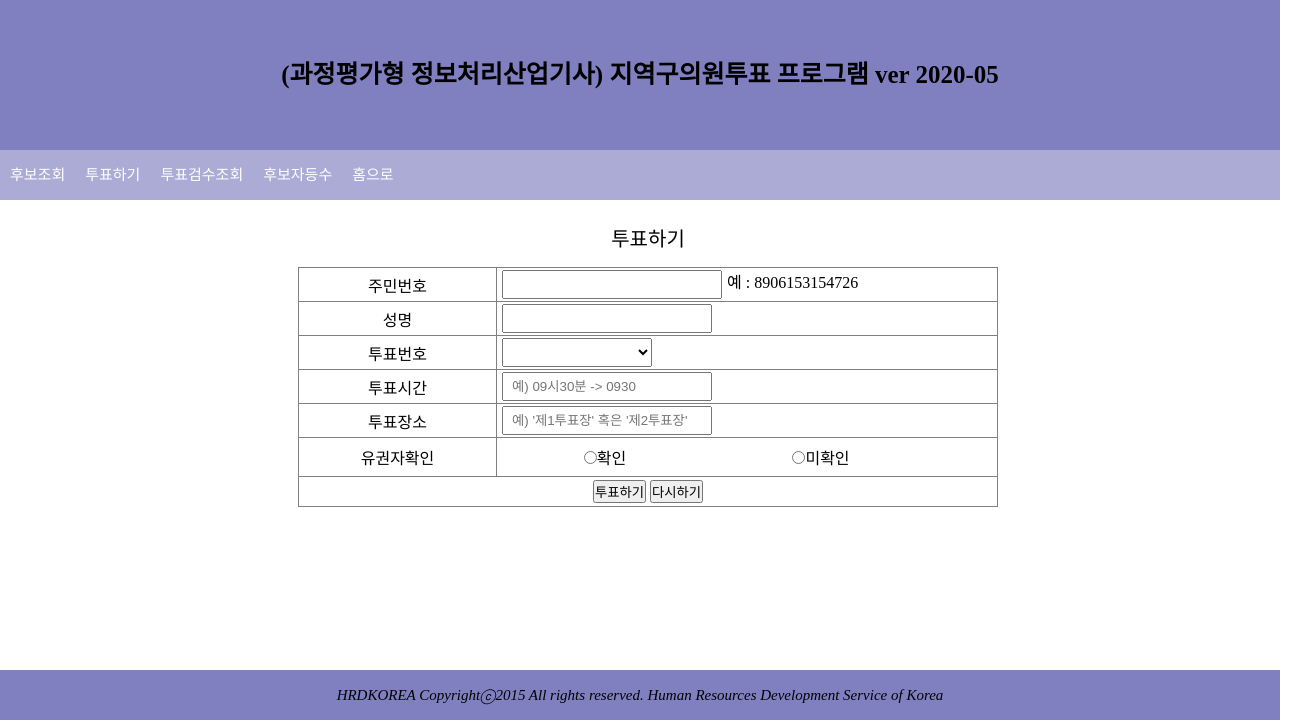
Repository: eunbiro/HRD_1236
Page: http://localhost/HRD_1235/add.jsp
The author's editor kept a copy of each file at every save. The page is drawn from the files as they stood at one save, then again after the next save.
The browser window is 1280 px wide. The page is 1296 px wide, so the pictures cover 1296 px, including what lies to the right of the window. The pictures show the whole page.
The page is served by Tomcat 9. Other server files are loaded and not shown.

Above is the page before, as saved 2022-12-22 05:23:16.

### HRD_1235/src/main/webapp/add.jsp
<%@ page language="java" contentType="text/html; charset=UTF-8"
    pageEncoding="UTF-8"%>
<!DOCTYPE html>
<html>
<head>
<meta charset="UTF-8">
<title>투표하기</title>
<link rel="stylesheet" href="style.css">
<script type="text/javascript" src="script.js"></script>
</head>
<body>
	<%@ include file="header.jsp" %>
	<section>
		<div class="title">투표하기</div>
		<form name="frm" action="insert">
			<div class="wrapper">
				<table>
					<tr>
						<td>주민번호</td>
						<td class="inp">
							<input type="text" name="jumin" />
							<a>예 : 8906153154726</a>
						</td>
					</tr>
					<tr>
						<td>성명</td>
						<td class="inp"><input type="text" name="name" /></td>
					</tr>
					<tr>
						<td>투표번호</td>
						<td class="inp">
							<select name="number">
								<option></option>
								<option value="1">[1] 김후보</option>
								<option value="2">[2] 이후보</option>
								<option value="3">[3] 박후보</option>
								<option value="4">[4] 조후보</option>
								<option value="5">[5] 최후보</option>
							</select>
						</td>
					</tr>
					<tr>
						<td>투표시간</td>
						<td class="inp"><input type="text" name="time" placeholder="예) 09시30분 -> 0930" /></td>
					</tr>
					<tr>
						<td>투표장소</td>
						<td class="inp"><input type="text" name="place"placeholder="예) '제1투표장' 혹은 '제2투표장'" /></td>
					</tr>
					<tr>
						<td>유권자확인</td>
						<td>
							<label><input type="radio" name="check" value="Y"/>확인</label>
							<label><input type="radio" name="check" value="N" />미확인</label>
						</td>
					</tr>
					<tr>
						<td colspan="2">
							<button class="btn" type="submit" onclick="fn_submit(); return false;">투표하기</button>
							<button class="btn" type="button" onclick="location='add'">다시하기</button>
						</td>
					</tr>

				</table>
			</div>
		</form>
	</section>
	<%@ include file="footer.jsp" %>
</body>
</html>

### HRD_1235/src/main/webapp/header.jsp
<%@ page language="java" contentType="text/html; charset=UTF-8"
    pageEncoding="UTF-8"%>
<!DOCTYPE html>
<html>
<head>
<meta charset="UTF-8">
<title>Insert title here</title>
</head>
<body>
	<header>(과정평가형 정보처리산업기사) 지역구의원투표 프로그램 ver 2020-05</header>
	<nav>
		<ul class="menu">
			<li><a href="list">후보조회</a></li>
			<li><a href="add">투표하기</a></li>
			<li><a href="result">투표검수조회</a></li>
			<li><a href="rank">후보자등수</a></li>
			<li><a href="home">홈으로</a></li>
		</ul>
	</nav>
</body>
</html>

### HRD_1235/src/main/webapp/footer.jsp
<%@ page language="java" contentType="text/html; charset=UTF-8"
    pageEncoding="UTF-8"%>
<!DOCTYPE html>
<html>
<head>
<meta charset="UTF-8">
<title>Insert title here</title>
</head>
<body>
	<footer>HRDKOREA Copyrightⓒ2015 All rights reserved. Human Resources Development Service of Korea</footer>
</body>
</html>

### HRD_1235/src/main/webapp/style.css
@charset "UTF-8";

* {
	margin: 0;
	padding: 0;
}

a {
	text-decoration: none;
	color: #fff;
}

header {
	width: 100%;
	height: 150px;
	line-height: 150px;
	background: #8080c0;
	font-size: 25px;
	text-align: center;
	font-weight: 900;
}

.menu {
	display: flex;
	list-style: none;
	width: 100%;
	background: #ababd6;
}

.menu li {
	margin: 5px;
	padding: 5px;
	height: 30px;
	line-height: 30px;
	font-size: 15px;
}

section {
	width: 100%;
	height: 100%;
	padding: 8px;
}

.title {
	width: 100%;
	margin: 15px 0;
	font-size: 20px;
	text-align: center;
	font-weight: 500;
}

.wrapper {
	display: flex;
	justify-content: center;
	align-items: center;
	text-align: center;
}

table {
	width: 700px;
}

table, tr, td, th {
	border: 1px solid gray;
	border-collapse: collapse;
}

table tr {
	height: 30px;
}

td > input, td select, td label {
	float: left;
	padding: 5px 8px;
	margin: 2px 5px;
	width: 190px;
}

.inp {
	width: 500px;
}

td select {
	width: 150px;
}

td input[name=jumin] {
	width: 200px;
}

td a {
	float: left;
	color: #000000;
	height: 30px;
	line-height: 30px;
}



footer {
	position: fixed;
	width: 100%;
	height: 50px;
	line-height: 50px;
	bottom: 0;
	background: #8080c0;
	font-size: 15px;
	font-style: italic;
	text-align: center;
}

### HRD_1235/src/main/webapp/script.js
function fn_submit() {
	var fn = document.frm;

	if (fn.jumin.value == "") {
		alert("주민번호가 입력되지 않았습니다!");
		fn.jumin.focus();
		return false;
	}

	if (fn.name.value == "") {
		alert("성명이 입력되지 않았습니다!");
		fn.name.focus();
		return false;
	}

	if (fn.number.value == "") {
		alert("후보번호가 선택되지 않았습니다!");
		fn.number.focus();
		return false;
	}

	if (fn.time.value == "") {
		alert("투표시간이 입력되지 않았습니다!");
		fn.time.focus();
		return false;
	}

	if (fn.place.value == "") {
		alert("투표장소가 입력되지 않았습니다!");
		fn.place.focus();
		return false;
	}

	if (fn.check.value == "") {
		alert("유권자확인이 선택되지 않았습니다!");
		fn.jumin.focus();
		return false;
	}

	fn.submit();
}

After the next save:
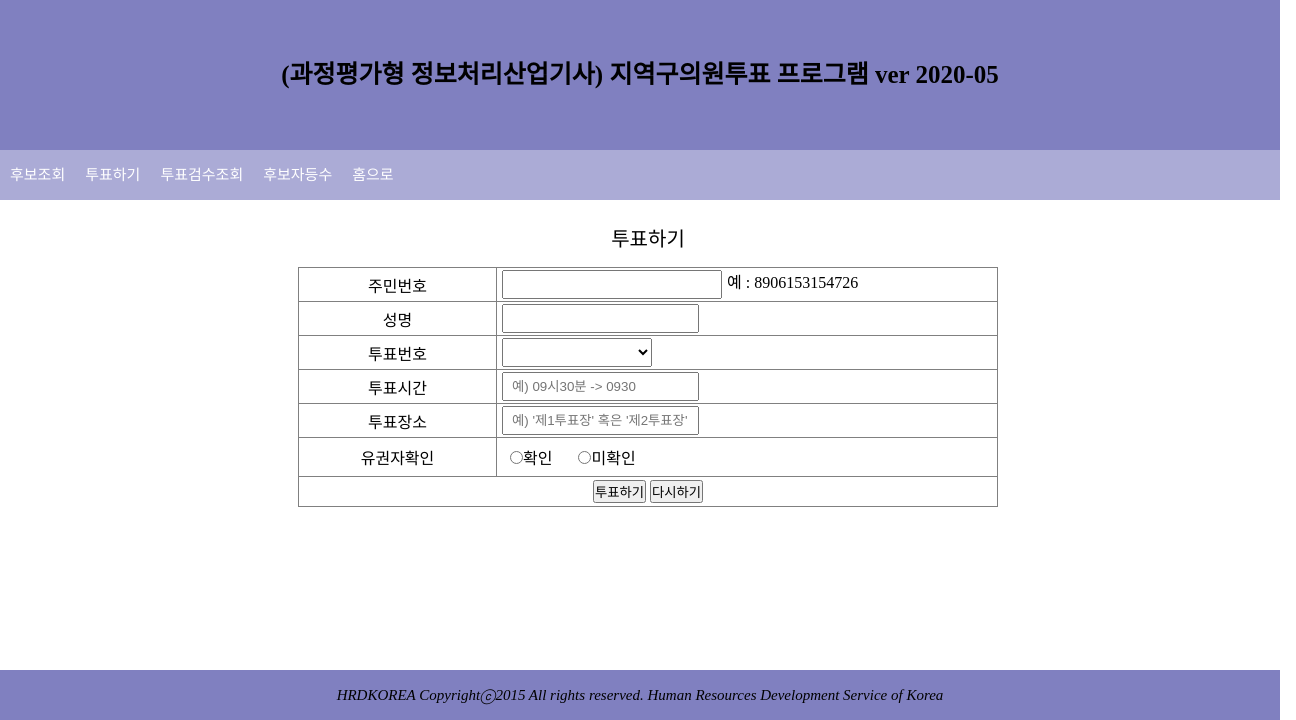
Saved 19 s later.
--- a/HRD_1235/src/main/webapp/style.css
+++ b/HRD_1235/src/main/webapp/style.css
@@ -73,7 +73,6 @@ td > input, td select, td label {
 	float: left;
 	padding: 5px 8px;
 	margin: 2px 5px;
-	width: 190px;
 }
 
 .inp {
